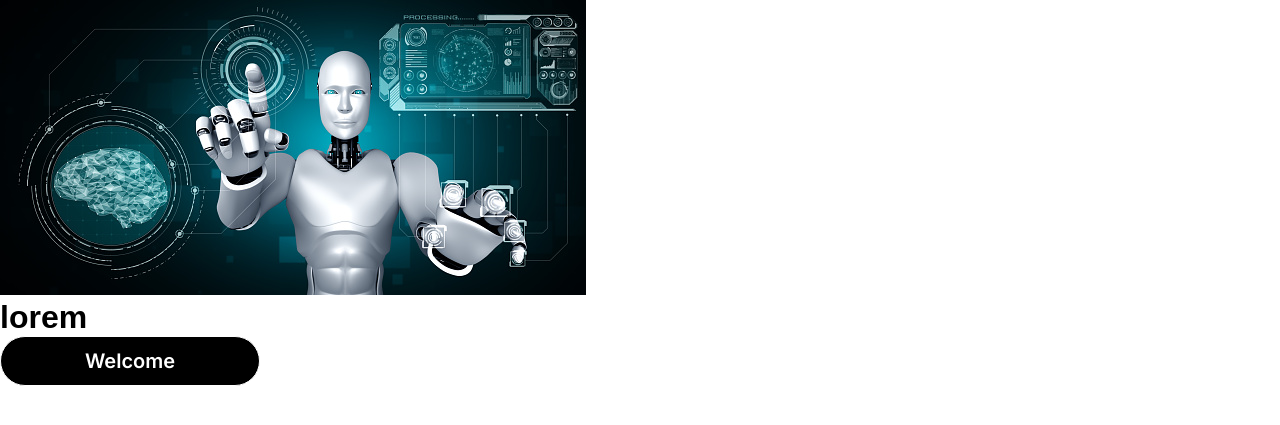
Repository: Cherced/virtualassistant
Page: /WelcomeS
These files come from the project's save history. The page is drawn as it stood at one moment and after the next save; the edit follows.
The browser window is 1280 px wide. The pictures show the whole page.
The project was rebuilt for these pictures with package versions that can differ from the ones it lists, and the page was loaded fresh each time. The framework's server and built-in components were replaced by stand-ins that run in the browser.

Above is the page before, as saved 2022-07-15 13:28:59.

### pages/_app.js
import '../sass/global.scss';


const MyApp = ({ Component, pageProps }) => {
    return <Component {...pageProps} />
  }


export default MyApp

### pages/_document.js
import { Html, Head, Main, NextScript } from 'next/document'

export default function Document() {

  return (
    <Html lang="en">
      <Head />
      <body>
        <Main />
        <div id="portal"></div>
        <NextScript />
      </body>
    </Html>
  )
}

### pages/WelcomeS.jsx
import React from 'react'
import {BasicButton} from '../components/atoms/buttons/BasicButton'

const WelcomeS = () => {
  return (
    <div className="WelcomeS">
      <header className="WelcomeS__header">
        <img className="WelcomeS__header--img" src="/img/robotWs.png" alt="Robot"/>
      </header>
      <main className="WelcomeS__main">
        <h1 className="WelcomeS__main--title">
          lorem
        </h1>
      </main>
      <footer className="WelcomeS__footer">
          <BasicButton type="button" color="black" title="Welcome" aria="Welcome Button" />
      </footer>
    </div>
  )
}

export default WelcomeS

### sass/global.scss
@import './vars';
@import './components';
@import './pages/draft';
@import './pages/welcome';
@import './pages/welcomeS';

### components/atoms/buttons/BasicButton.jsx
import React from 'react'

export const BasicButton = (props) => {
  return (
    <button className={`basic__button ${props.color}`} type={props.type} aria-label={props.aria}>
      {props.title}
    </button>
  )
}

### sass/_vars.scss
@import url('https://fonts.googleapis.com/css2?family=Inter:wght@100;200;300;500;600;700;800;900&family=Roboto:ital,wght@0,100;0,300;0,400;0,500;0,700;0,900;1,100;1,300;1,400;1,500;1,700;1,900&display=swap');
@import url('https://fonts.googleapis.com/css2?family=Roboto:ital,wght@0,100;0,300;0,400;0,500;0,700;0,900;1,100;1,300;1,400;1,500;1,700;1,900&family=Ubuntu:ital,wght@0,300;0,400;0,500;0,700;1,300;1,400;1,500;1,700&display=swap');

$mainColor: black;
$mainTextColor: white;
$mainFont: 'Inter';
$subTitle: 'Roboto';


*{
    box-sizing: border-box;
    margin: 0;
    padding: 0;
    font-family: Arial, Helvetica, sans-serif;
}

### sass/_components.scss
@import './components/headers/welcomeHeader';
@import './components/carrousels/carrousel';
@import './components/buttons/nextButton';
@import './components/buttons/basicButton';

### sass/components/headers/_welcomeHeader.scss
.brand {
  width: 100%;
  min-height: 500px;
  display: flex;
  background: black;
  border-radius: 0 0 100px 100px;
  box-shadow: 6px 6px 20px 3px rgba(0, 0, 0, 0.2);
  justify-content: center;
  align-items: center;

  .brand__elipse--container {
    display: none;
  }

  .brand__img {
    z-index: 2;
    object-fit: cover;
  }
}

@media screen and (min-width: 1024px) {
  .brand {
    background-repeat: no-repeat;
    background-position: center;
    background-position-y: -200px;
    border-radius: none;
    background-image: url('../../../public/img/Ellipse.png');
    background: linear-gradient(180deg, #000000, #ffffff, #7d7777, #ececec, #7b7b7b, #000000, #545454, #e1e1e1, #e1e1e1);
    background-size: 1800% 1800%;

    -webkit-animation: AnimationName 27s ease infinite;
    -moz-animation: AnimationName 27s ease infinite;
    animation: AnimationName 27s ease infinite;


  .brand__elipse--container {
    display: block;
    position: absolute;
    top: -193px;
    z-index: 1;
  }
  }


@-webkit-keyframes AnimationName {
  0%{background-position:0% 68%}
  50%{background-position:100% 33%}
  100%{background-position:0% 68%}
}
@-moz-keyframes AnimationName {
  0%{background-position:0% 68%}
  50%{background-position:100% 33%}
  100%{background-position:0% 68%}
}
@keyframes AnimationName {
  0%{background-position:0% 68%}
  50%{background-position:100% 33%}
  100%{background-position:0% 68%}
}

}

### sass/components/carrousels/_carrousel.scss
.carrousel {
    max-width: 500px;
    height: auto;
    min-width: 300px;
    overflow: hidden;

    .slider {
        position: relative;
        display: flex;
        width: 200%;
        height: 100%;
    }

    .carrousel__list {
        list-style: none;
        display: flex;
        flex-direction: column;
        width: 100%;

        .carrousel__list--item {
            width: 100%;
            display: flex;
            flex-direction: row;
            align-items: center;
            justify-content: center;

            .carrousel__item--title {
                font-family: $subTitle;
                font-style: normal;
                font-weight: 500;
                font-size: 20px;
                line-height: 24px;
                text-align: center;
                letter-spacing: 0.04em;
                margin-bottom: 30px;
            }

            .carrousel__item--parragraph {
                font-style: normal;
                font-weight: 400;
                font-size: 15px;
                line-height: 18px;
                text-align: center;
                letter-spacing: 0.04em;
                font-family: $mainFont;
                color: #0F184D;
                padding: 0 30px;
                text-align: center;
            }
        }
    }
}

### sass/components/buttons/_nextButton.scss
.button__next {
    display: flex;
    width: auto;
    min-width: 100px;
    height: 50px;
    justify-content: space-around;
    align-items: center;
    background: black;
    color: white;
    border-radius: 100px;
    padding: 0 0 0 30px;
    box-shadow: 5px 5px 10px 0px black;
    cursor: pointer;
    font-family: $mainFont;
    font-size: 16px;


    .button__next--Arrow {
        width: 50px;
        height: 50px;
        display: flex;
        align-items: center;
        justify-content: center;
        background: $mainTextColor;
        border-radius: 100px;
        margin-left: 10px;

        .next__arrow--h1 {
            padding: 10px;
            color: $mainColor;
            font-family: $mainFont;
        }
    }

}

### sass/components/buttons/_basicButton.scss
.basic__button {
    width: 260px;
    height: 50px;
    border-radius: 30px;
}

.black {
    background: black;
    border: 1px solid white;
    font-family: $mainFont;
    font-style: normal;
    font-weight: 600;
    font-size: 20px;
    line-height: 30px;
    text-align: center;
    color: #FFFFFF;
}

.white{
    background: white;
    border: 1px solid black;
    font-family: $mainFont;
    font-style: normal;
    font-weight: 600;
    font-size: 20px;
    line-height: 30px;
    text-align: center;
    color: black;
}

### sass/pages/_draft.scss

.Draft{
    display: flex;
    align-self: center;
    width: 100%;
    justify-content: center;
    height: 100vh;
    flex-direction: column;
    align-items: center;
}

### sass/pages/_welcome.scss
.welcome {
    width: 100%;
    height: 100vh;
    display: flex;
    flex-direction: column;
    align-items: center;
    box-shadow: 7px 8px 20px 7px black;
    justify-items: center;
    justify-content: space-between;

    .main__Content--welcome {
        width: 100%;
        height: 100%;
        display: flex;
        justify-content: center;
        flex-direction: column;
        align-items: center;

        .main__Content--title {
            font-family: $mainFont;
            font-style: normal;
            font-weight: 600;
            font-size: 30px;
            line-height: 18px;
            text-align: center;
            letter-spacing: 0.04em;

            color: #0F184D;
            margin: 30px 0;
        }
    }

    .NavButtons {
        display: flex;
        width: 100%;
        align-items: center;
        justify-content: space-between;
        padding: 0 30px;
        margin: 20px 0;

        .NavButtons__ancord {
            text-decoration: none;
            font-style: normal;
            font-weight: 400;
            font-size: 15px;
            line-height: 18px;
            letter-spacing: 0.04em;
            font-family: $mainFont;
            color: #000000;
        }
    }
}

### sass/pages/_welcomeS.scss
.welcomeS{
    background: linear-gradient(333.49deg, #000000 55.66%, rgba(217, 217, 217, 0) 92.17%);
}

After the next save:
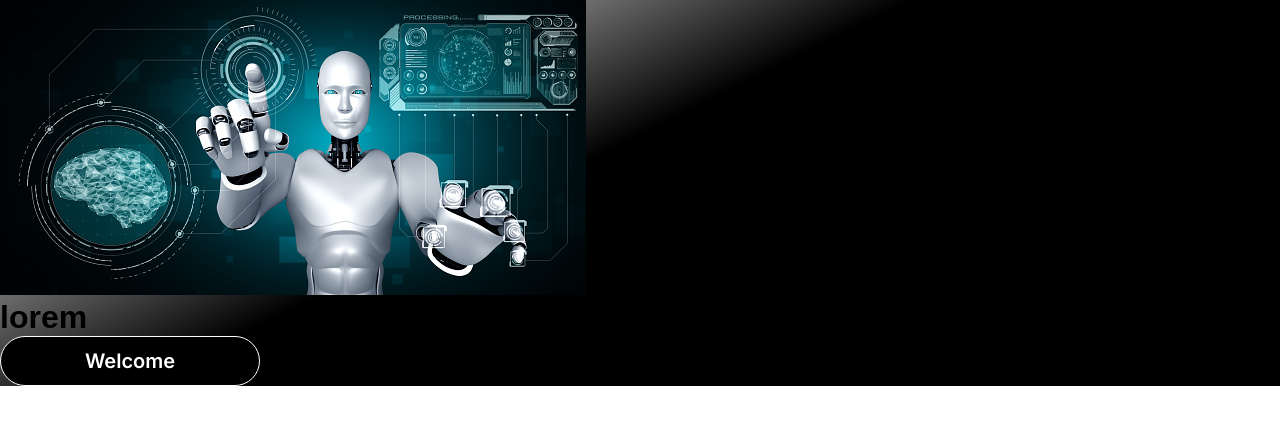
Saved 59 s later.
--- a/sass/pages/_welcomeS.scss
+++ b/sass/pages/_welcomeS.scss
@@ -1,3 +1,3 @@
-.welcomeS{
+.WelcomeS{
     background: linear-gradient(333.49deg, #000000 55.66%, rgba(217, 217, 217, 0) 92.17%);
 }
